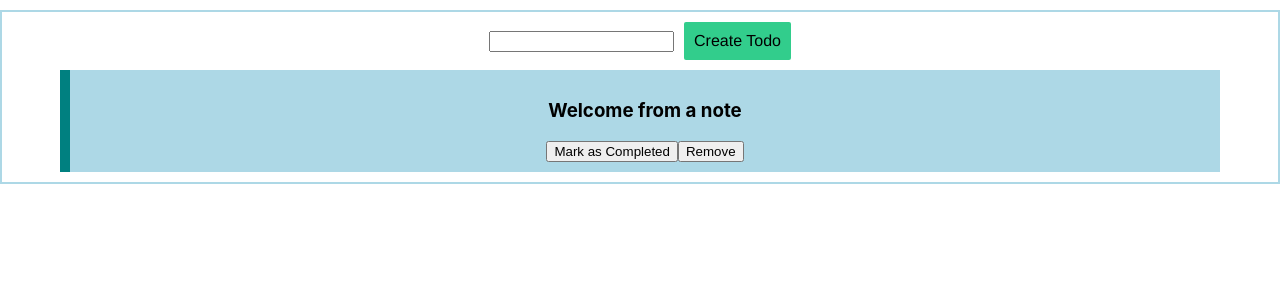
Repository: CaptainStorm21/react-ecosystem-course
Page: /
These files come from the project's save history. The page is drawn as it stood at one moment and after the next save; the edit follows.
The browser window is 1280 px wide. The pictures show the whole page.
The project was rebuilt for these pictures with package versions that can differ from the ones it lists, and the page was loaded fresh each time.

Above is the page before, as saved 2020-05-30 17:44:53.

### src/App.js
import React from 'react';
import './App.css';
import TodoList from './todos/TodoList'

function App() {
  return (
    <div className="App">
      <TodoList/>
    </div>
  );
}

export default App;

### src/todos/TodoList.js
import React from 'react';
import NewTodoForm from './NewTodoForm';
import TodoListItem from './TodoListItem';
import './TodoList.css';


const TodoList = ({ todos = [{ text: "Welcome from a note" }] }) => (
    <div className="list-wrapper">
        <NewTodoForm/>
        {todos.map(todo => <TodoListItem todo={todo} />)}
    </div>
)

export default TodoList;

### src/todos/NewTodoForm.js
import React, { useState } from 'react';
import './NewTodoForm.css';

const NewTodoForm = () => {
    const [inputValue, setInputValue] = useState(' ');
   return (
        <div className="new-todo-form">
           <input className="new-todo-input"
               type="text"
               value={inputValue}
               onChange = { e => setInputValue (e.target.value)}
           />
            <button className="newTodo">Create Todo</button>
        </div>
    );
};
export default NewTodoForm;

### src/todos/TodoListItem.js
import React from "react";

const TodoListItem = ({ todo }) => (
  <div className="todo-item-container">
    <h3>{todo.text}</h3>
    <div className="button -container">
      <button className="completed-button"> Mark as Completed</button>
      <button className="remove-button"> Remove</button>
    </div>
  </div>
);

export default TodoListItem;

### src/todos/TodoList.css
.list-wrapper{
    border: 2px solid lightblue;
    padding: 10px;
    margin-top: 10px;
}

### src/todos/NewTodoForm.css
.todo-item-container{
    width: 90%;
    margin: 0 auto;
    padding: 10px;
    border-left: 10px solid teal;
    background-color: lightblue;
    margin-top: 10px;
}

.newTodo{
    background-color: rgb(50, 205, 140);
    padding: 10px;
    border: 0;
    margin-left: 10px;
    font-size: medium;
    font-family: 'Franklin Gothic Medium', 'Arial Narrow', Arial, sans-serif;
    border-radius: 2px;
}

Loaded but not shown: public/index.html (common file); src/index.js (common file); src/index.css (common file); src/serviceWorker.js (common file); src/App.css (common file)

After the next save:
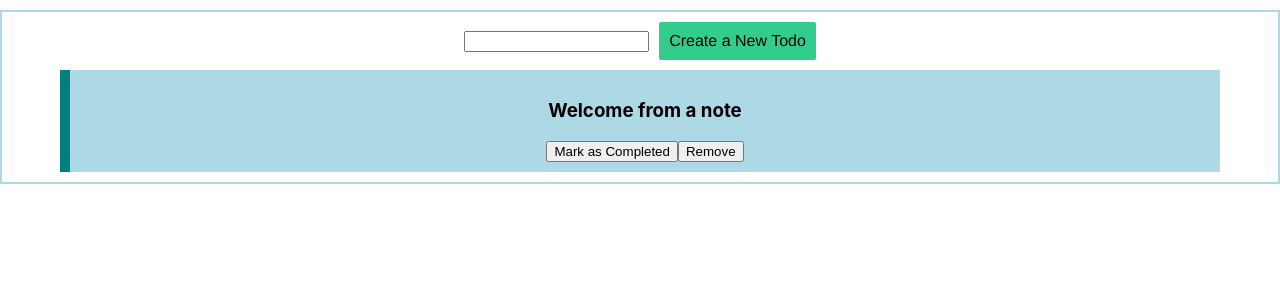
Saved 6 s later.
--- a/src/todos/NewTodoForm.js
+++ b/src/todos/NewTodoForm.js
@@ -10,7 +10,7 @@ const NewTodoForm = () => {
                value={inputValue}
                onChange = { e => setInputValue (e.target.value)}
            />
-            <button className="newTodo">Create Todo</button>
+            <button className="newTodo">Create a New Todo</button>
         </div>
     );
 };
